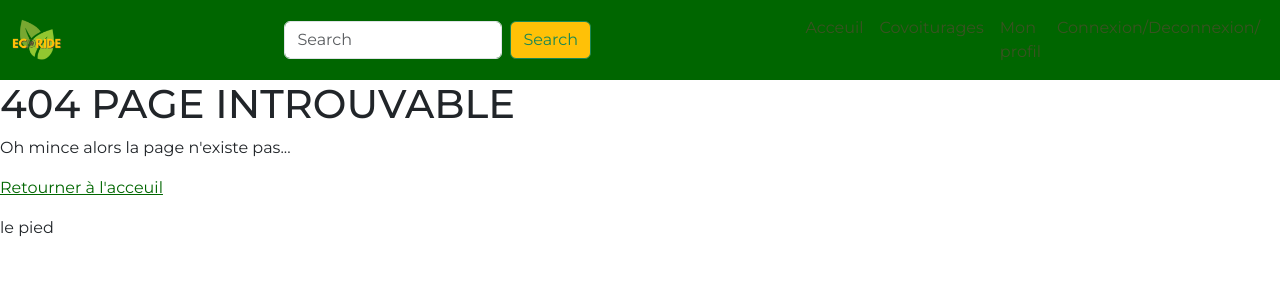
Repository: lemonhao9/ECF
Page: index.html
An editor plug-in stored every save of this project. The page is shown before and after the next save, followed by the edit.
The browser window is 1280 px wide. The pictures show the whole page.
Some web fonts or font styles are not loaded; a fallback is used. The style sheet was rebuilt from its Sass, Less or Tailwind sources for each picture, by a compiler version that may differ from the author's.

Above is the page before, as saved 2025-02-11 11:39:39.

### index.html
<!DOCTYPE html>
<html lang="fr">
<head>
    <meta charset="UTF-8">
    <meta name="viewport" content="width=device-width, initial-scale=1.0">
    <link rel="preconnect" href="https://fonts.googleapis.com">
    <link rel="preconnect" href="https://fonts.gstatic.com" crossorigin>
    <link href="https://fonts.googleapis.com/css2?family=Hind+Madurai:wght@300;400;500;600;700&family=Montserrat:ital,wght@0,100..900;1,100..900&display=swap" rel="stylesheet">
    <link rel="stylesheet" href="/scss/main.css"/>
    <title>EcoRide</title>
</head>
<body>

    <header>
<nav class="navbar navbar-expand-lg bg-primary" data-bs-theme="light">
  <div class="container-fluid">
    <a class="navbar-brand" href="/"><img src="/images/EcoRideLOGO.png" alt="logo EcoRide" width="50px"height="50px"></a>
    <button class="navbar-toggler" type="button" data-bs-toggle="collapse" data-bs-target="#navbarSupportedContent" aria-controls="navbarSupportedContent" aria-expanded="false" aria-label="Toggle navigation">
      <span class="navbar-toggler-icon"></span>
    </button>
    <div class="collapse navbar-collapse" id="navbarSupportedContent">
        <div class="d-flex justify-content-center w-100">
            <form class="d-flex" role="search">
              <input class="form-control me-2" type="search" placeholder="Search" aria-label="Search">
              <button class="btn btn-outline-success bg-secondary" type="submit">Search</button>
            </form>
          </div>
      <ul class="navbar-nav ms-auto mb-2 mb-lg-0">
        <li class="nav-item">
          <a class="nav-link" href="/">Acceuil</a>
        </li>
        <li class="nav-item">
          <a class="nav-link" href="/formCovoit">Covoiturages</a>
        </li>
        <li class="nav-item">
          <a class="nav-link" href="/profile">Mon profil</a>
        </li>
        <li class="nav-item">
            <a class="nav-link" href="#">Connexion/Deconnexion/</a>
          </li>
      </ul>

    </div>
  </div>
</nav>
    </header>

    <main id="main-page">
        <!-- Injection du contenu des différentes pages-->
    </main>
    <footer>
        le pied
    </footer>

    <script type="module" src="./Router/router.js"></script>
    <script src="node_modules/bootstrap/dist/js/bootstrap.bundle.min.js"></script>

</body>
</html>

### Router/router.js
import Route from "./Route.js";
import { allRoutes, websiteName } from "./allRoutes.js";

// Création d'une route pour la page 404 (page introuvable)
const route404 = new Route("404", "Page introuvable", "/pages/404.html");

// Fonction pour récupérer la route correspondant à une URL donnée
const getRouteByUrl = (url) => {
  let currentRoute = null;
  // Parcours de toutes les routes pour trouver la correspondance
  allRoutes.forEach((element) => {
    if (element.url == url) {
      currentRoute = element;
    }
  });
  // Si aucune correspondance n'est trouvée, on retourne la route 404
  if (currentRoute != null) {
    return currentRoute;
  } else {
    return route404;
  }
};

// Fonction pour charger le contenu de la page
const LoadContentPage = async () => {
  const path = window.location.pathname;
  // Récupération de l'URL actuelle
  const actualRoute = getRouteByUrl(path);
  // Récupération du contenu HTML de la route
  const html = await fetch(actualRoute.pathHtml).then((data) => data.text());
  // Ajout du contenu HTML à l'élément avec l'ID "main-page"
  document.getElementById("main-page").innerHTML = html;

  // Ajout du contenu JavaScript
  if (actualRoute.pathJS != "") {
    // Création d'une balise script
    var scriptTag = document.createElement("script");
    scriptTag.setAttribute("type", "text/javascript");
    scriptTag.setAttribute("src", actualRoute.pathJS);

    // Ajout de la balise script au corps du document
    document.querySelector("body").appendChild(scriptTag);
  }

  // Changement du titre de la page
  document.title = actualRoute.title + " - " + websiteName;
};

// Fonction pour gérer les événements de routage (clic sur les liens)
const routeEvent = (event) => {
  event = event || window.event;
  event.preventDefault();
  // Mise à jour de l'URL dans l'historique du navigateur
  window.history.pushState({}, "", event.target.href);
  // Chargement du contenu de la nouvelle page
  LoadContentPage();
};

// Gestion de l'événement de retour en arrière dans l'historique du navigateur
window.onpopstate = LoadContentPage;
// Assignation de la fonction routeEvent à la propriété route de la fenêtre
window.route = routeEvent;
// Chargement du contenu de la page au chargement initial
LoadContentPage();

### Router/allRoutes.js
import Route from "./Route.js";

//Définir ici vos routes
export const allRoutes = [
    new Route("/", "Accueil", "./pages/home.html"),
    new Route("/profile", "Profil", "./pages/profile.html"),
    new Route("/login", "Connexion", "./pages/auth/login.html"),
    new Route("/signin", "Inscription", "./pages/auth/signin.html"),
    new Route("/formCovoit", "Covoiturages", "./pages/formCovoit.html"),
    new Route("/vueCovoit", "Se déplacer", "./pages/vueCovoit.html")
];

//Le titre s'affiche comme ceci : Route.titre - websitename
export const websiteName = "EcoRide";

### pages/404.html
<div>
    <h1>404 PAGE INTROUVABLE</h1>
    <p>Oh mince alors la page n'existe pas...</p>
    <p><a href="/">Retourner à l'acceuil</a></p>
</div>

### scss/main.scss
@import 'custom'

### scss/_custom.scss
// Include any default variable overrides here (though functions won't be available)

$primary: #006600;
$secondary: #FFC107;
$dark:#392C1E;
$black:  #584832;
$font-family-sans-serif: "Montserrat", sans-serif !default;
$font-family-serif: "Hind Madurai", serif !default;

@import "../node_modules/bootstrap/scss/bootstrap";

//Suite du code ici bas

Loaded but not shown: node_modules/bootstrap/dist/js/bootstrap.bundle.min.js (library); Router/Route.js (common file)

After the next save:
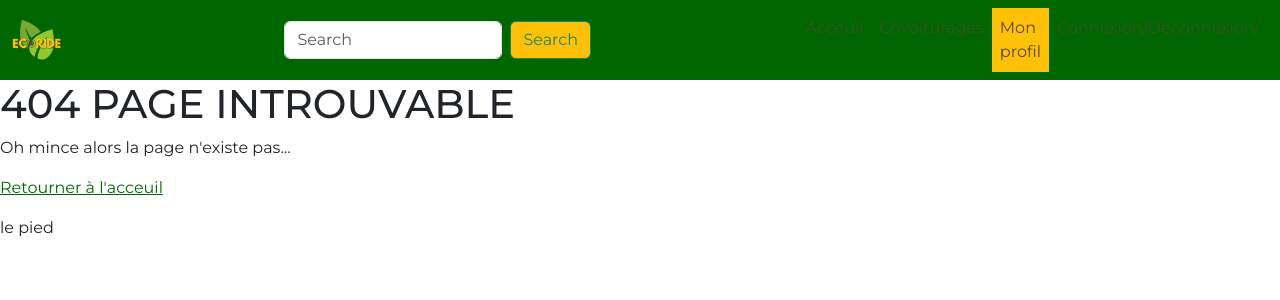
Saved 6 s later.
--- a/index.html
+++ b/index.html
@@ -33,7 +33,7 @@
           <a class="nav-link" href="/formCovoit">Covoiturages</a>
         </li>
         <li class="nav-item">
-          <a class="nav-link" href="/profile">Mon profil</a>
+          <a class="nav-link  text-bg-secondary" href="/profile">Mon profil</a>
         </li>
         <li class="nav-item">
             <a class="nav-link" href="#">Connexion/Deconnexion/</a>

After the save that followed:
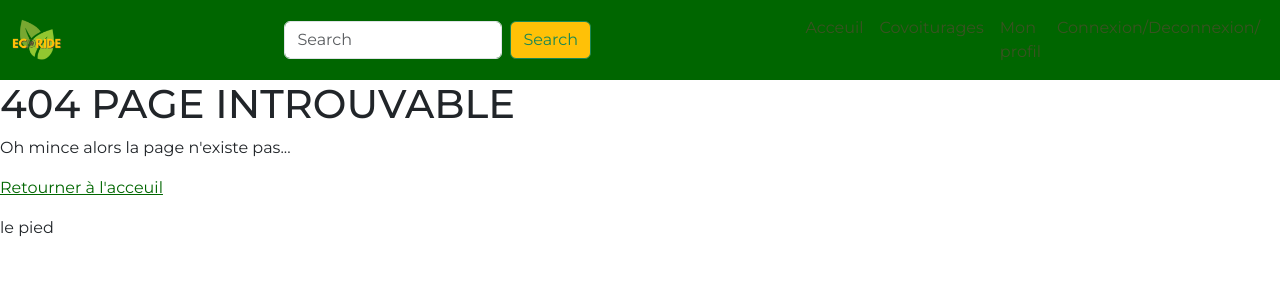
Saved 52 s later.
--- a/index.html
+++ b/index.html
@@ -33,7 +33,7 @@
           <a class="nav-link" href="/formCovoit">Covoiturages</a>
         </li>
         <li class="nav-item">
-          <a class="nav-link  text-bg-secondary" href="/profile">Mon profil</a>
+          <a class="nav-link  color-bg-secondary" href="/profile">Mon profil</a>
         </li>
         <li class="nav-item">
             <a class="nav-link" href="#">Connexion/Deconnexion/</a>
